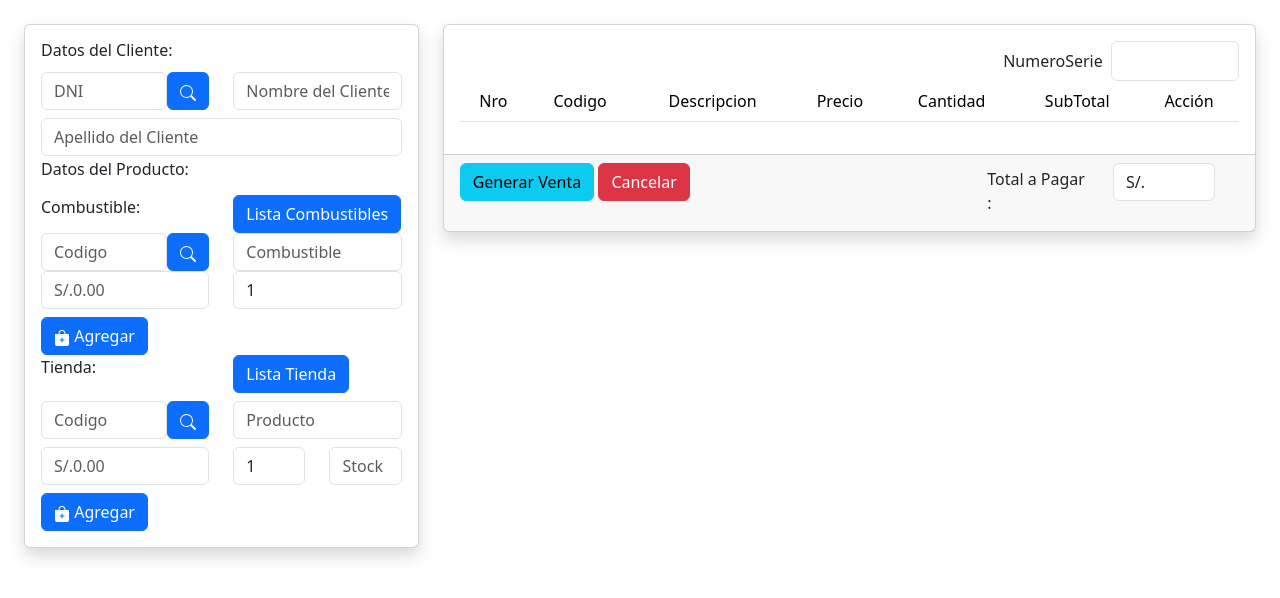
Repository: alexpool1122/evaluaciones
Page: http://localhost/Centenario2023/Ventas.jsp
These files come from the project's save history. The page is drawn as it stood at one moment and after the next save; the edit follows.
The browser window is 1280 px wide. The pictures show the whole page.
The page is served by Tomcat 10. The template is opened directly, without the code that normally fills it, so the values that code supplies are empty.

Above is the page before, as saved 2023-06-29 20:02:13.

After the next save:
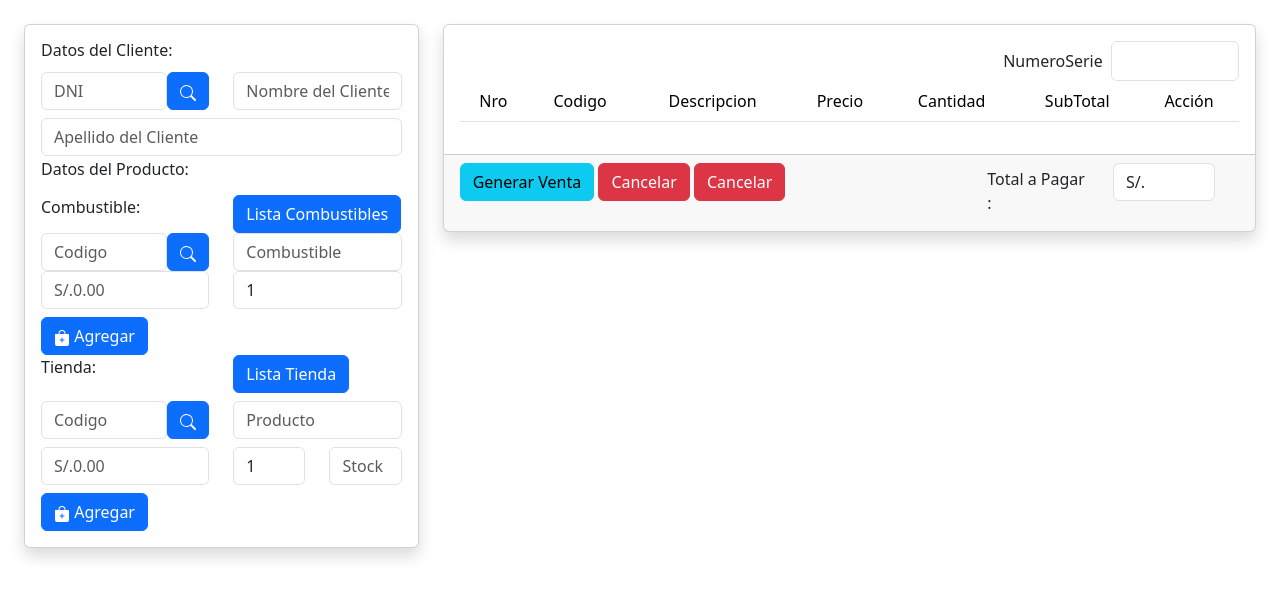
Saved 110 min 20 s later.
--- a/ProyectoFinal/Proyecto/Centenario2023/src/main/webapp/Ventas.jsp
+++ b/ProyectoFinal/Proyecto/Centenario2023/src/main/webapp/Ventas.jsp
@@ -309,6 +309,7 @@
 						<div class="row">
 							<div class="col-6">
 								<a href="Controlador?menu=Venta&accion=GenerarVenta" class="btn btn-info">Generar Venta</a>
+								<a href="Controlador?menu=Venta&accion=CancelarVenta" class="btn btn-danger" >Cancelar</a>
 								<input class="btn btn-danger" type="submit" value="Cancelar" name="agregar" id="Cancelar">
 							</div>
 							<div class="col-6 row">

After the save that followed:
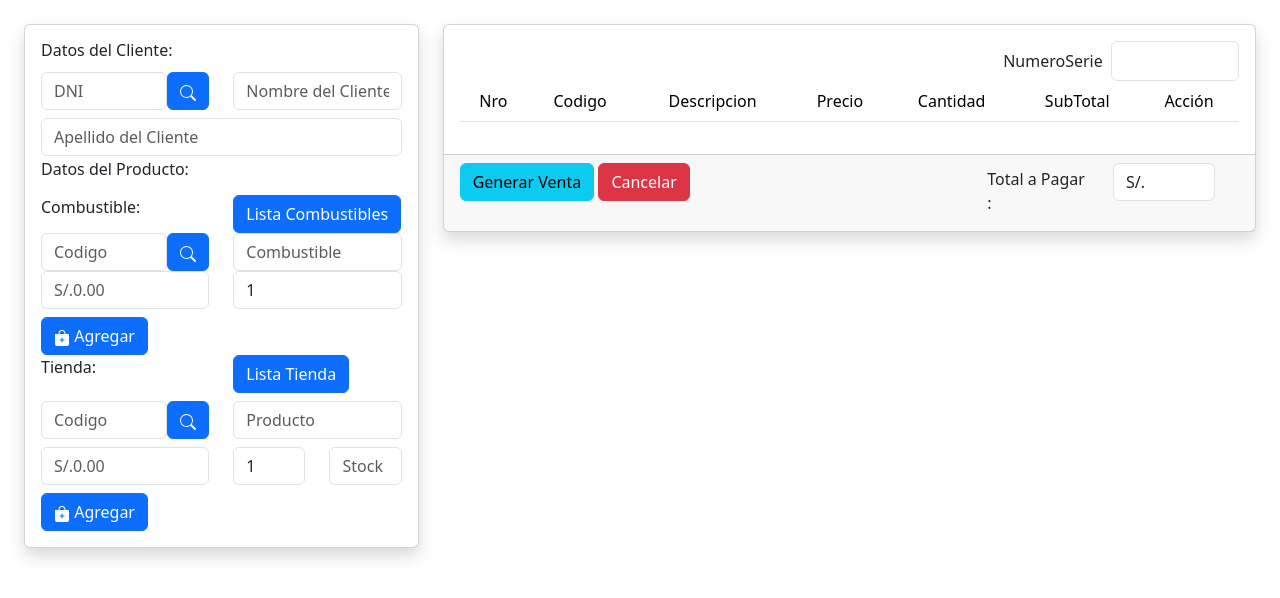
Saved 8 s later.
--- a/ProyectoFinal/Proyecto/Centenario2023/src/main/webapp/Ventas.jsp
+++ b/ProyectoFinal/Proyecto/Centenario2023/src/main/webapp/Ventas.jsp
@@ -310,7 +310,6 @@
 							<div class="col-6">
 								<a href="Controlador?menu=Venta&accion=GenerarVenta" class="btn btn-info">Generar Venta</a>
 								<a href="Controlador?menu=Venta&accion=CancelarVenta" class="btn btn-danger" >Cancelar</a>
-								<input class="btn btn-danger" type="submit" value="Cancelar" name="agregar" id="Cancelar">
 							</div>
 							<div class="col-6 row">
 								<div class="col-4"></div>
